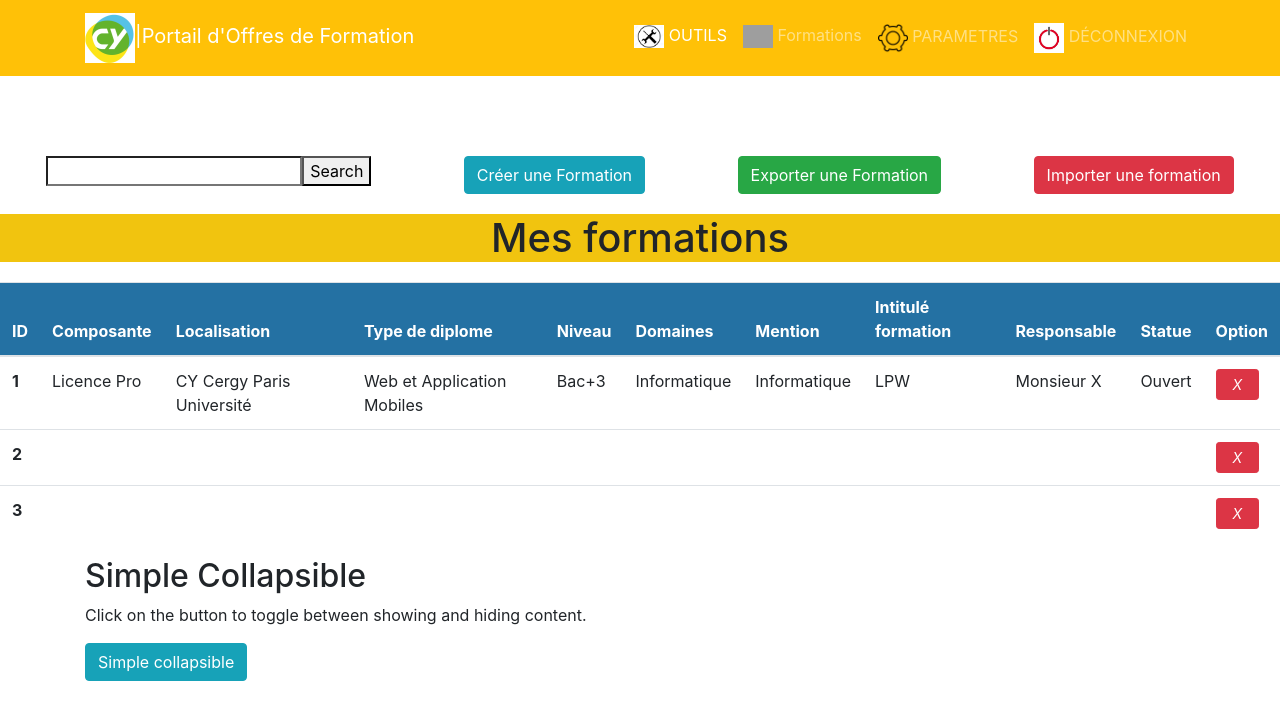
Repository: BaldeThierno1990/Projet-1-formation-tableau-generique-vue-export
Page: / (app in mcc/)
An editor plug-in stored every save of this project. The page is shown before and after the next save, followed by the edit.
The browser window is 1280 px wide. The pictures show the whole page.
Pictures or frames that could not be fetched are drawn as grey boxes. The project was rebuilt for these pictures with package versions that can differ from the ones it lists, and the page was loaded fresh each time.

Above is the page before, as saved 2021-03-22 12:59:15.

### mcc/src/main.js
import Vue from 'vue'
import App from './App.vue'

import 'bootstrap';
import 'bootstrap/dist/css/bootstrap.min.css';

Vue.config.productionTip = false

new Vue({
  render: h => h(App),
}).$mount('#app')

### mcc/src/App.vue
<template>
  <div id="app">

  <v-header></v-header>
  <v-tableau></v-tableau>
  <v-formation></v-formation>


  </div>
</template>

<script>
import VTableau from './components/tableau/Vtableau.vue'
import VHeader from './components/menu/VHeader.vue'
import VFormation from './components/tableau/VFormation.vue'
export default {
  name: 'App',
  components: {
  VHeader,
    VTableau,
    VFormation

  }
}
</script>

<style>
#app {
  font-family: Avenir, Helvetica, Arial, sans-serif;
  -webkit-font-smoothing: antialiased;
  -moz-osx-font-smoothing: grayscale;
  text-align: center;
  color: #2c3e50;
}
#nav {
  padding: 30px;
}

### mcc/src/components/tableau/Vtableau.vue
<template>
<div class="table">
    <div class="parent">
        <div class="formation">
         <input type="search" id="site-search" name="q"
        aria-label="Search through site content">
        <button>Search</button></div>
        <div class="formation"><button type="button" class="btn btn-info">Créer une Formation</button></div>
          <div class="formation"><button type="button" class="btn btn-success">Exporter une Formation</button></div>
        <div class="formation"><button type="button" class="btn btn-danger">Importer une formation</button></div>



    </div>


    <div>
        <div class="menu">
        <h1> Mes formations</h1>
    </div>
    <table class="table align-middle">

  <thead>
    <tr class="colonne">
      <th scope="col">ID</th>
      <th scope="col">Composante</th>
      <th scope="col">Localisation</th>
      <th scope="col">Type de diplome</th>
      <th scope="col">Niveau</th>
      <th scope="col">Domaines</th>
      <th scope="col">Mention</th>
      <th scope="col">Intitulé formation</th>
      <th scope="col">Responsable</th>
      <th scope="col">Statue</th>
      <th scope="col">Option</th>
    </tr>
  </thead>
  <tbody>
    <tr>
      <th scope="row">1</th>
       <td>Licence Pro</td>
      <td>CY Cergy Paris Université</td>
      <td>Web et Application Mobiles</td>
      <td>Bac+3</td>
      <td>Informatique</td>
      <td>Informatique</td>
      <td>LPW</td>
      <td>Monsieur X</td>
      <td>Ouvert</td>
      <td>
        <button type="button" class="btn btn-danger btn-sm px-3">
          <i class="fas fa-times">X</i>
        </button>
      </td>
    </tr>
    <tr>
      <th scope="row">2</th>
      <td></td>
      <td></td>
      <td></td>
      <td></td>
      <td></td>
      <td></td>
      <td></td>
      <td></td>
      <td></td>

      <td>
        <button type="button" class="btn btn-danger btn-sm px-3">
          <i class="fas fa-times">X</i>
        </button>
      </td>
    </tr>
    <tr>
      <th scope="row">3</th>
       <td></td>
      <td></td>
      <td></td>
      <td></td>
      <td></td>
      <td></td>
      <td></td>
      <td></td>
      <td></td>
      <td>
        <button type="button" class="btn btn-danger btn-sm px-3">
          <i class="fas fa-times">X</i>
        </button>
      </td>
    </tr>

  </tbody>
</table>
        </div>



</div>

</template>

<style>
.parent{
     display: flex;
     justify-content: space-around;
     margin-top: 80px;

}
.table{
    margin-top: 20px;
}
.colonne{
    background-color: #2471A3;
    color: white;
}
.menu{
    text-align: center;
    background-color: #F1C40F;
    margin-top: 20px;
}
</style>

### mcc/src/components/menu/VHeader.vue
<template>
<div class="header">
  <!-- Navigation -->
<nav class="navbar navbar-expand-lg navbar-dark bg-warning static-top">
  <div class="container">
    <a class="navbar-brand" href="#">
          <img src="@/assets/logo.jpg" alt="Logo" width="50">|Portail d'Offres de Formation
        </a>
    <button class="navbar-toggler" type="button" data-toggle="collapse" data-target="#navbarResponsive" aria-controls="navbarResponsive" aria-expanded="false" aria-label="Toggle navigation">
          <span class="navbar-toggler-icon"></span>
        </button>
    <div class="collapse navbar-collapse" id="navbarResponsive">
      <ul class="navbar-nav ml-auto">
        <li class="nav-item active">
          <a class="nav-link" href="#"> <img src="@/assets/icone_outils.jpg" alt="Outils" width="30"> OUTILS
                <span class="sr-only">(current)</span>
              </a>
        </li>

        <li class="nav-item">
          <a class="nav-link" href="#"><img src="@/assets/icone_formation.png" alt="Formation" width="30">  Formations</a>
        </li>
        <li class="nav-item">
          <a class="nav-link" href="#"><img src="@/assets/icone_parametre.png" alt="Parametre" width="30">  PARAMETRES</a>
        </li>
         <li class="nav-item">
          <a class="nav-link" href="#"> <img src="@/assets/icone_deconnexion.jpeg" alt="Formation" width="30"> DÉCONNEXION</a>
        </li>
      </ul>
    </div>
  </div>
</nav>
</div>

</template>

### mcc/src/components/tableau/VFormation.vue
<template>
    <div class="container">
  <h2>Simple Collapsible</h2>
  <p>Click on the button to toggle between showing and hiding content.</p>
  <button type="button" class="btn btn-info" data-toggle="collapse" data-target="#demo">Simple collapsible</button>
  <div id="demo" class="collapse">
    Lorem ipsum dolor sit amet, consectetur adipisicing elit,
    sed do eiusmod tempor incididunt ut labore et dolore magna aliqua. Ut enim ad minim veniam,
    quis nostrud exercitation ullamco laboris nisi ut aliquip ex ea commodo consequat.
  </div>
</div>

</template>

Loaded but not shown: mcc/public/index.html (common file)

After the next save:
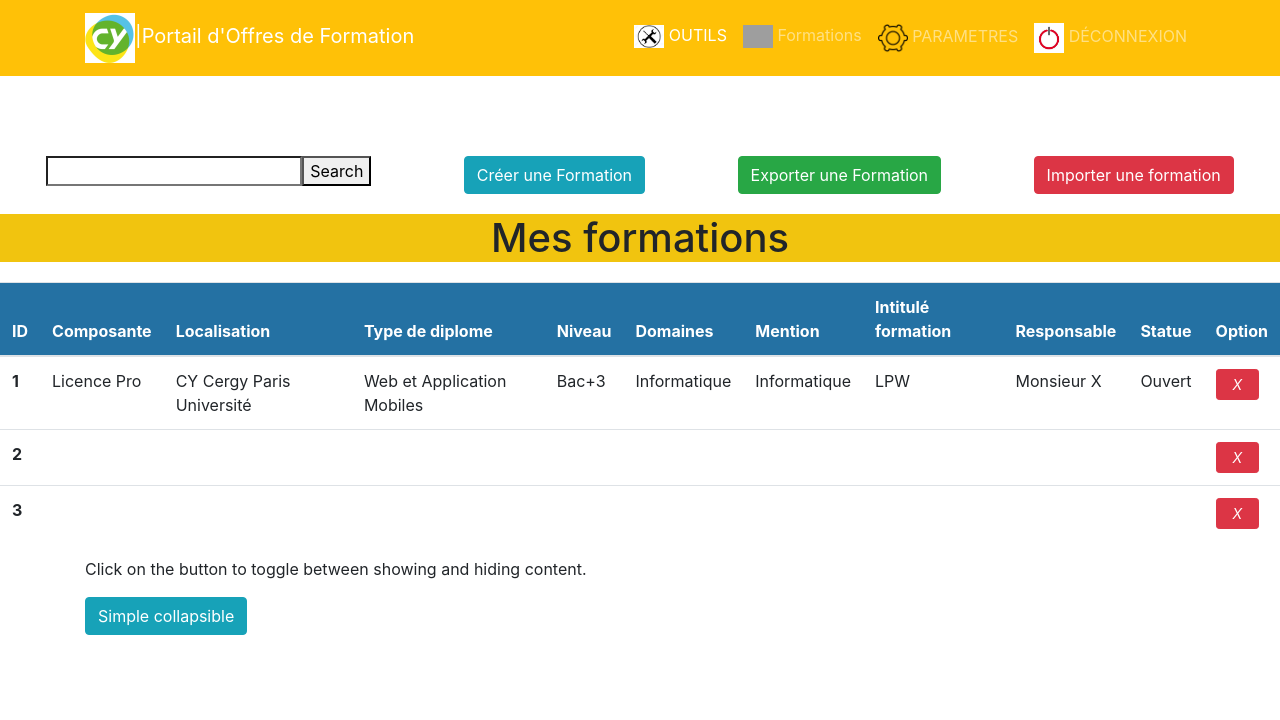
Saved 22 s later.
--- a/mcc/src/components/tableau/VFormation.vue
+++ b/mcc/src/components/tableau/VFormation.vue
@@ -1,6 +1,6 @@
 <template>
     <div class="container">
-  <h2>Simple Collapsible</h2>
+
   <p>Click on the button to toggle between showing and hiding content.</p>
   <button type="button" class="btn btn-info" data-toggle="collapse" data-target="#demo">Simple collapsible</button>
   <div id="demo" class="collapse">
